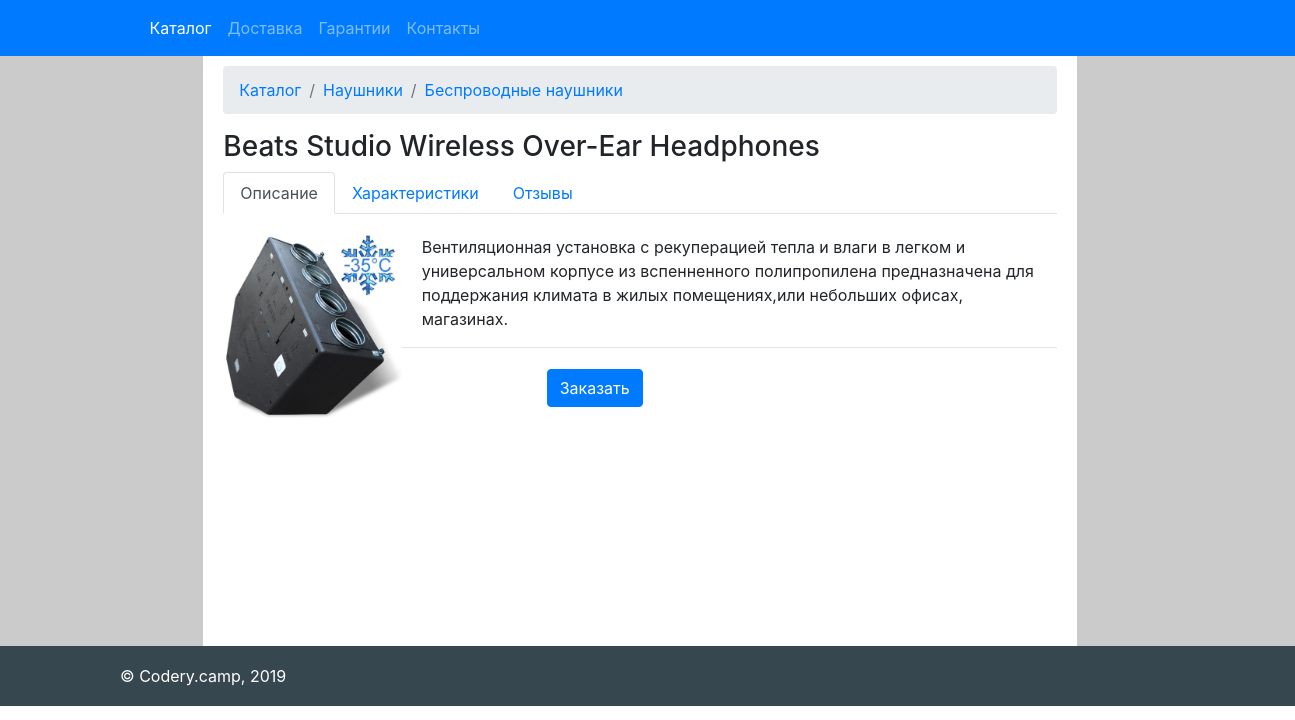
Repository: rmalynovskyi/Node.js
Page: static/product1.html
The author's editor kept a record of every edit. The page is drawn from the files as they stood at one moment, then again after the next edit.
The browser window is 1280 px wide. The page is 1295 px wide, so the pictures cover 1295 px, including what lies to the right of the window. The pictures show the whole page.

Above is the page before.

### static/product1.html
<link rel="stylesheet" href="https://maxcdn.bootstrapcdn.com/bootstrap/4.0.0/css/bootstrap.min.css">
<link rel="stylesheet" href="/static/product.css">
<header class="row bg-primary">
    <nav class="navbar navbar-dark navbar-expand">
        <div class="col-8 offset-4">
            <div class=navbar-nav>
                <a class="nav-item nav-link active" href="#">Каталог</a>
                <a class="nav-item nav-link" href="#">Доставка</a>
                <a class="nav-item nav-link" href="#">Гарантии</a>
                <a class="nav-item nav-link" href="#">Контакты</a>
            </div>
        </div>
    </nav>
</header>

<main class="row">
    <div class=" col-md-8 offset-md-2 col-sm-10 offset-sm-1">
        <nav aria-label="breadcrumb">
            <ol class="breadcrumb">
                <li class="breadcrumb-item"><a href="#">Каталог</a></li>
                <li class="breadcrumb-item"><a href="#">Наушники</a></li>
                <li class="breadcrumb-item"><a href="#">Беспроводные наушники</a></li>
            </ol>
            <h3>
                Beats Studio Wireless Over-Ear Headphones
            </h3>
        </nav>
        <div class="nav nav-tabs">
            <a class="nav-item nav-link active" href="#">Описание</a>
            <a class="nav-item nav-link" href="#">Характеристики</a>
            <a class="nav-item nav-link" href="#">Отзывы</a>
        </div>
        <div class="content">
            <div class="col-3">
                <img class="img-fluid float-left pic" src="/static/product.png" />
            </div>
            <div class="text">
                Вентиляционная установка с рекуперацией тепла и влаги в легком и универсальном корпусе из вспенненного полипропилена предназначена для поддержания климата в жилых помещениях,или небольших офисах, магазинах.
            </div>
            <hr class="line">
            <button type="button" class="btn btn-primary button">Заказать</button>
        </div>
    </div>
</main>

<footer class="row">
    <div class="col-12">
        © Codery.camp, 2019
    </div>
</footer>

### static/product.css
main {
  background-color: #cbcbcb;
  height: 386px;
  display: flex;
  min-height: calc(100vh - 60px - 70px);
  flex-direction: column;
}

main.row > div {
  background-color: white;
  height: 386px;
  padding: 10px 20px 20px 20px;
  flex: 1;
}

footer.row > div {
  line-height: 60px;
  color: white;
  background: #37474f;
  padding-left: 135px;
}

.pic {
  margin-left: -15px;
  margin-right: 20px;
}

.content {
  padding-top: 20px;
}

.text {
  margin-left: 125px;
  padding-right: 10px;
}

.line {
  height: 5px;
  margin-left: 125px;
}

.button {
  margin-left: 125px;
}

After the next edit:
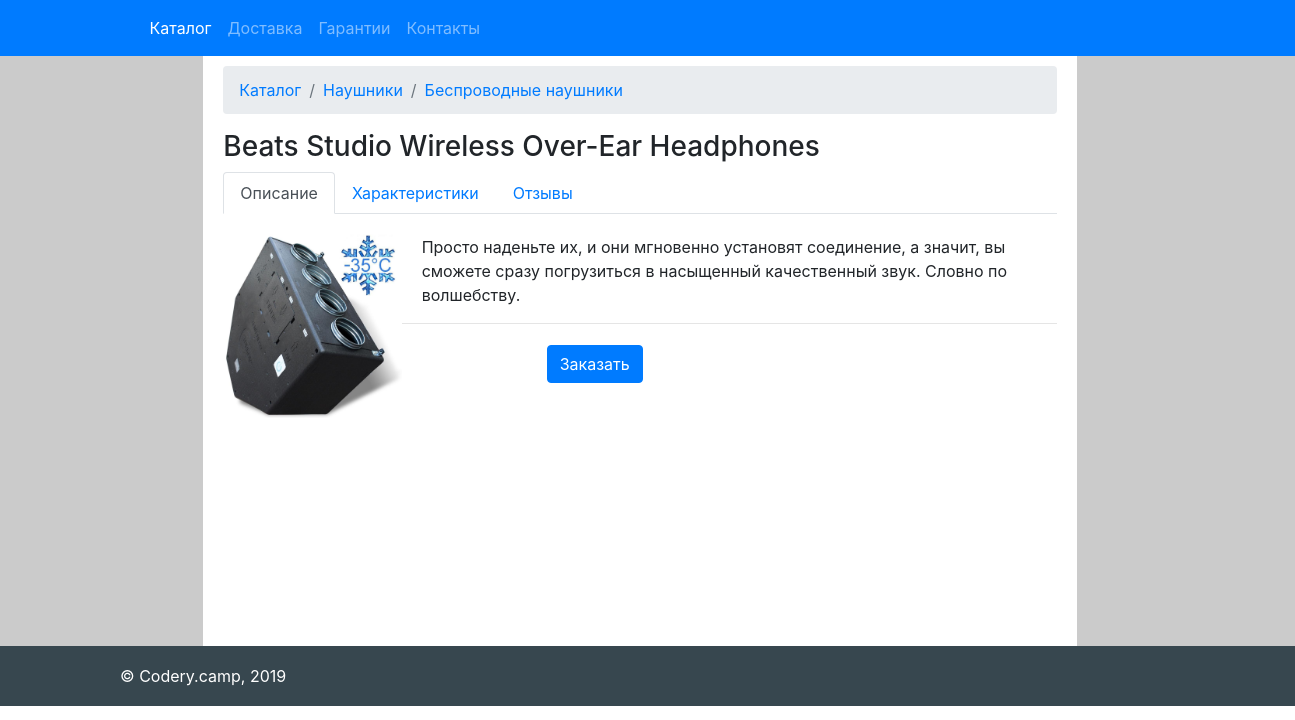
The edit:
--- a/static/product1.html
+++ b/static/product1.html
@@ -35,7 +35,7 @@
                 <img class="img-fluid float-left pic" src="/static/product.png" />
             </div>
             <div class="text">
-                Вентиляционная установка с рекуперацией тепла и влаги в легком и универсальном корпусе из вспенненного полипропилена предназначена для поддержания климата в жилых помещениях,или небольших офисах, магазинах.
+                Просто наденьте их, и они мгновенно установят соединение, а значит, вы сможете сразу погрузиться в насыщенный качественный звук. Словно по волшебству.
             </div>
             <hr class="line">
             <button type="button" class="btn btn-primary button">Заказать</button>
